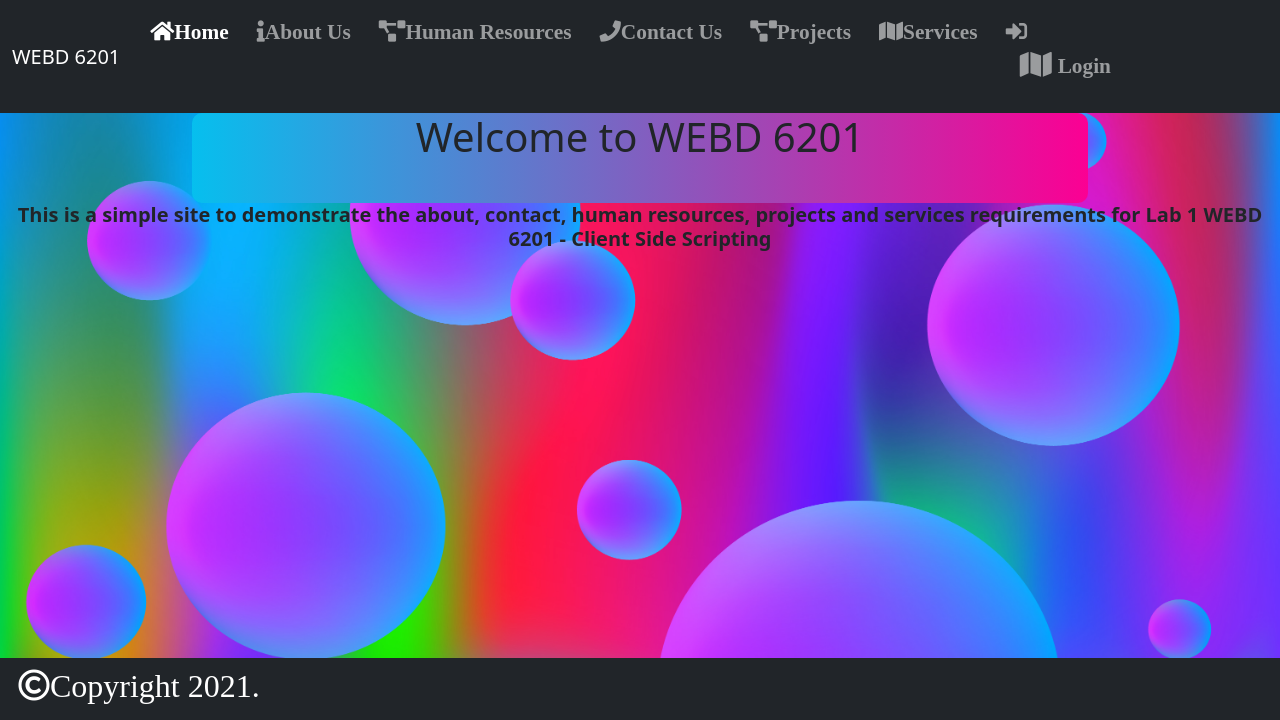
Repository: vans12345678/WEBD6201-W2021-Lab2
Page: index.html
An editor plug-in stored every save of this project. The page is shown before and after the next save, followed by the edit.
The browser window is 1280 px wide. The pictures show the whole page.

Above is the page before, as saved 2021-02-25 19:20:19.

### index.html
<!--Index.html
Name: Andre Agrippa, Michai Pryce
Date: 02/05/2021
-->
<!DOCTYPE html>
<html lang="en">
<head>
    <meta charset="UTF-8">
    <meta name="viewport" content="width=device-width, initial-scale=1.0">
    <title>Index</title>

    <!-- CSS Section -->
    <link rel="stylesheet" href="./node_modules/bootstrap/dist/css/bootstrap.min.css">
    <link rel="stylesheet" href="./node_modules/@fortawesome/fontawesome-free/css/all.min.css">
    <link rel="stylesheet" href="./Content/app.css">
</head>
<body class ="Vapor">
  <!-- Main Header -->
    <header>
      <!-- Main Navigation -->
        <nav class="navbar navbar-expand-lg navbar-dark bg-dark">
            <div class="container-fluid">
              <a id ="navHome" class="navbar-brand" href="index.html"></a>
              <button class="navbar-toggler" type="button" data-bs-toggle="collapse" data-bs-target="#navbarSupportedContent" aria-controls="navbarSupportedContent" aria-expanded="false" aria-label="Toggle navigation">
                <span class="navbar-toggler-icon"></span>
              </button>
              <div class="collapse navbar-collapse" id="navbarSupportedContent">
                <ul id = "ulNav" class="navbar-nav me-auto mb-2 mb-lg-0">
                  <li class="nav-item">
                    <a  class="nav-link active" aria-current="page" href="index.html"><i id ="navIndex"class = "fas fa-home fa-lg"></i></a>
                  </li>
                  <li class="nav-item" id ="navAbout">
                    <a  class="nav-link " aria-current="page" href="about.html"><i id ="navAboutItem"class = "fas fa-info fa-lg"></i></a>
                  </li>
                  <li class="nav-item">
                    <a  class="nav-link " aria-current="page" href="contact.html"><i id ="navContact"class = "fas fa-phone fa-lg"></i></a>
                  </li>
                  <li class="nav-item">
                    <a  class="nav-link" aria-current="page" href="projects.html"><i id ="navProjects" class ="fas fa-project-diagram fa-lg">Products</i></a>
                  </li>
                  <li class="nav-item">
                    <a  class="nav-link " aria-current="page" href="services.html"><i id ="navServices"class = "fas fa-map fa-lg"></i></a>
                  </li>
                  <li class="nav-item">
                    <a  class="nav-link " aria-current="page" href="login.html"><i id ="navLogin" class="fas fa-sign-in-alt fa-lg"></i></a>
                  </li>
                </ul>
              </div>
            </div>
          </nav>
    </header>
  <!-- Main Contents -->
    <main>
        <h1 id = "indexTitle" class = "container text-center"></h1>
        <h2 id="indexParagraph" class="fs-5 fw-bold text-center"></h2>
    </main>
    <!-- Main Footer -->
    <footer>
        <nav class="navbar fixed-bottom navbar-dark bg-dark">
            <div class="container-fluid">
                <h4><i id = "footer" class="far fa-copyright fa-lg site-footer"></i></h4>
            </div>
          </nav>
    </footer>
    <!-- Script Section -->
    <script src="./node_modules/jquery/dist/jquery.min.js"></script>
    <script src="./node_modules/bootstrap/dist/js/bootstrap.bundle.min.js"></script>
    <script src="./Scripts/namespace.js"></script>
    <script src="./Scripts/user.js"></script>
    <script src="./Scripts/app.js"></script>
</body>
</html>

### Content/app.css
/* custom css goes here */
.Vapor {
    background-image: url('../images/vapor.jpg');
    background-repeat: no-repeat;
    background-attachment: fixed;
    background-size: 100% 100%;
  }
  a {
    color: greenyellow;
  }
  .textFont
  {
    font-family: Arial, Helvetica, sans-serif;
    line-height: 32px;
  }
  body
  {
    background-color: rgb(90, 90, 90);
  }
  h1.container{
    border-radius: 10px;
    width: 70%;
    height: 90px;
    margin: 0px auto;
    background: linear-gradient(90deg,#06bfee,#fb0093)
  }
  h1.projects{
    background-color: white;
  }
  .contact-table{
    width: 100%;
    margin:  50px auto;
    background-color: white;
  }
  .contact-form
  {
    width: 100%;
    margin:  100px auto;
  }
  .warnMessage
  {
    width: 90%;
    margin:  50px;
  }
  .site-footer {
    color:white;
  }
  .formMargin
  {
    margin: 35px 70px;
  }
  .inputMargin
  {
    margin: 5px 10px;
  }
  .fromBackground
  {
    background-color: rgba(20, 174, 235, 0.822);
    border: 5px solid rgb(0, 238, 255);

  }
  i{
    margin:7px 6px;
  }

### Scripts/namespace.js
//Namespace core
let core;

### Scripts/user.js
"use strict";
// User Class

((core)=>
{
  class User {
    // getters and setters
    get DisplayName()
    {
      return this.m_displayName;
    }

    set DisplayName(value)
    {
      this.m_displayName = value;
    }

    get EmailAddress()
    {
      return this.m_emailAddress;
    }

    set EmailAddress(value)
    {
      this.m_emailAddress = value;
    }

    get Username()
    {
      return this.m_username;
    }

    set Username(value)
    {
      this.m_username = value;
    }
    get Password()
    {
      return this.m_password;
    }

    set Password(value)
    {
      this.m_password = value;
    }

    // constructor
    /**
     * Creates an instance of user
     * @param {string} displayName
     * @param {string} emailAddress
     * @param {string} username
     * @param {string} password
     */
    constructor(displayName = "", emailAddress = "", username = "", password = "")
    {
      this.DisplayName = displayName;
      this.EmailAddress = emailAddress;
      this.Username = username;
      this.Password = password;

    }

    // methods

    /**
     * This method overrides the built-in toString method for the User class
     *
     * @returns {string}
     */
    toString()
    {
      return `Display Name     : ${this.DisplayName}\nEmail Address : ${this.EmailAddress}\nUser Name : ${this.Username}`;
    }

    /**
     * This method returns a JSON object made up of the properties of the User class
     *
     * @returns {Object}
     */
    toJSON()
    {
      return {
        "DisplayName": this.DisplayName,
        "EmailAddress": this.EmailAddress,
        "Username":this.Username
      }
    }

    /**
     * This method takes a JSON data object and assigns the value to the User class properties
     *
     * @param {Object} data
     */
    fromJSON(data)
    {
      this.DisplayName = data.DisplayName;
      this.EmailAddress = data.EmailAddress;
      this.Username = data.Username;
      this.Password = data.Password;
    }

    /**
     * This method converts the User into a comma-separated value string
     *
     * @returns {string}
     */
    serialize()
    {
      if(this.DisplayName !== "" && this.EmailAddress !== "" && this.Username !== "")
      {
        return `${this.DisplayName},${this.EmailAddress},${this.Username}`;
      }
      else
      {
        console.error("One or more properties of the User is empty");
        return null;
      }
    }

    /**
     * This method takes a comma-separated data string and assigns the values to the User class properties
     *
     * @param {string} data
     * @return {void}
     */
    deserialize(data)
    {
      let propertyArray = data.split(",");
      this.DisplayName = propertyArray[0];
      this.EmailAddress = propertyArray[1];
      this.Username = propertyArray[2];
    }
  }

  core.User = User;

})(core || (core={}));

### Scripts/app.js
/************************************************************
 * Name: Andre Agrippa, Michai Pryce
 * Date: 01/20/2021
 * Description: This file adds functionality to the Home,
 * About Us, Human Resources, Contact Us, Projects and Services
 * pages.
 * Date Completed:
 */

"use strict";


(function(){

    /**
     * Display Nav bar function to display nav and footer
     */
    function DisplayNav()
    {
        let navTextElement = document.getElementById("navHome").textContent = "WEBD 6201";
        navTextElement = document.getElementById("navIndex").textContent = "Home";
        navTextElement = document.getElementById("navAboutItem").textContent = "About Us";

        let navAboutElement = document.getElementById("navAbout");
        let hrListItem = document.createElement("li");
        hrListItem.setAttribute("id", "liHumanResources");
        hrListItem.setAttribute("class", "nav-item");
        let navbar = document.getElementById("ulNav").appendChild(hrListItem);
        hrListItem.innerHTML = `<a class="nav-link" aria-current="page" href="human-resources.html">
        <i id ="navHumanResources" class ="fas fa-project-diagram fa-lg">Human Resources</i></a>`;
        if(document.title === "Human Resources"){
            hrListItem.innerHTML = `<a class="nav-link active" aria-current="page" href="human-resources.html">
            <i id ="navHumanResources" class ="fas fa-project-diagram fa-lg">Human Resources</i></a>`;
        }

        navAboutElement.after(hrListItem);

        navTextElement = document.getElementById("navContact").textContent = "Contact Us";
        navTextElement = document.getElementById("navProjects").textContent = "Projects";
        navTextElement = document.getElementById("navServices").textContent = "Services";
        navTextElement = document.getElementById("navLogin").innerHTML = `<a  class="nav-link " aria-current="page" href="login.html"><i class = "fas fa-map fa-lg"></i>Login</a>`;
        navTextElement = document.getElementById("footer").textContent = "Copyright 2021.";
    }

    /**
     * Display home to display index page
     */
    function displayHome()
    {
        DisplayNav();
        let introText = "This is a simple site to demonstrate the about, contact, human resources, projects and services requirements for Lab 1 WEBD 6201 - Client Side Scripting";
        let titleText = "Welcome to WEBD 6201";

        let introTextElement = document.getElementById("indexTitle").textContent = titleText;
        introTextElement = document.getElementById("indexParagraph").textContent = introText;

    }
    /**
     * Display about to display about the creators
     */
    function displayAbout()
    {
        DisplayNav();

        //About Andre
        let aboutElement = document.getElementById("aboutTitle").textContent = "About Us";
        aboutElement = document.getElementById("aboutAText");
        aboutElement.innerHTML = `<h1>Andre Agrippa:</h1>
        <p class = "">I'm a 2nd year student at Durham College in the Computer Programming and Analysis program. I've been
        coding for several years now because I enjoy it and always looking to improve in this aspect.</p>
        <a class = "fa-lg" href="./resumes/andre_resume.pdf" download>Resume Download</a></br></br>
        <img src="./images/aa.jpg" alt="" style="width:500px;height:450px;">`;

        //About Michai
        aboutElement.innerHTML += `<h1>Michai Pryce:</h1>
        <p class = ""> Hello, I am in my final year in the Computer Programming Program at Durham College. I love
        to code and learn about the evergrowing advancements in technology. This is the demonstration for our first lab!
        </p>
        <a class = "fa-lg" href="./resumes/Copy_of_Resume.docx" download>Resume Download</a></br></br>
        <img src="./images/m.jpg" alt="" style="width:500px;height:450px;">`;

    }
    /**
     * Display top 3 projects page
     */
    function displayProjects()
    {
        DisplayNav();

        //Projects 1
        let projectsElement = document.getElementById("projectsTitle").textContent = "Projects";
        projectsElement = document.getElementById("projectsText").innerHTML =
        `<h3>Project One: COBOL Item List</h3>
        <p>This project reads records from a .dat file, performs calculations on the data then outputs it to a .out file neatly formatted.</p>
        <img src="./images/p1.png" alt="" style="width:800px;height:500px;">`;

        //Projects 2
        projectsElement = document.getElementById("projectsText").innerHTML +=
        `<h3>Project Two: C#, XAML, MDF  Preferred Shares and Common Shares</h3>
        <p>This project uses XAML for the windows form and a database to keep track of common and preferred shares.
        The database keeps track of how many shares(common/preferred) are  available and validation is applied.</p>
        <img src="./images/p2.png" alt="" style="width:800px;height:500px;">`;

        //Projects 3
        projectsElement = document.getElementById("projectsText").innerHTML +=
        `<h3>Project Three: ASP.NET and MVC Framework Animal Shelter</h3>
        <p>This project is a web application that keeps track of animals, owners, appointment and login info in a database.
        Relational database concepts are applied.</p>
        <img src="./images/p3.png" alt="" style="width:800px;height:500px;">`;

    }
    /**
     * Display top 3 services page
     */
    function displayServices()
    {
        DisplayNav();

        //Services 1
        let servicesElement = document.getElementById("servicesTitle").textContent = "Services";
        servicesElement = document.getElementById("servicesText").innerHTML =
        `<h3>Web Development:</h3>
        <p>We offer a variety of different web development (Front-end, Back-end, Databases). Languages (PHP, ASP.NET, JavaScript)</p>
        <img src="./images/s1.jpg" alt="" style="width:800px;height:500px;">`;

        //Services 2
        servicesElement = document.getElementById("servicesText").innerHTML +=
        `<h3>OOP Programming</h3>
        <p>We offer a variety of different Object Oriented Programming. We're experienced with C#, C++, Java etc.
        Whether it be windows forms applications, console applications GUI, etc.</p>
        <img src="./images/s2.png" alt="" style="width:800px;height:500px;">`;

        //Services 3
        servicesElement = document.getElementById("servicesText").innerHTML +=
        `<h3>Database Management System</h3>
        <p>It's been almost 3 years since we've had experience in database development. We've used software such as
        Microsoft SQL Server and PgAdmin4. Experienced with relational database concepts.</p>
        <img src="./images/s3.jpg" alt="" style="width:800px;height:500px;">`;


    }
    /**
     * Display contact form page
     */
    function displayContact()
    {
        DisplayNav();

        let messageArea = document.getElementById("messageArea");
        messageArea.hidden = true;

        //form validation
        let fullName = document.getElementById("fullName");
        fullName.addEventListener("blur", function()
        {
            if(fullName.value.length < 2)
            {
                fullName.focus();
                fullName.select();
                messageArea.hidden = false;
                messageArea.className = "alert alert-danger  ";
                messageArea.textContent = "Please enter an appropriate name > 2 characters";
            }
            else
            {
                messageArea.removeAttribute("class");
                messageArea.hidden = true;
            }
        });
            let sendButton = document.getElementById("sendButton");
            sendButton.addEventListener("click", function(event)
            {
                event.preventDefault();
                // //Displays twice?

                let contact = new Contact(fullName.value,contactNumber.value, emailAddress.value, shortMessage.value);

                console.log(contact.serialize());
                if(contact.serialize())
                {
                    localStorage.setItem((localStorage.length + 1).toString(),contact.serialize());

                    window.location.href = "index.html";
                }

            });

    }
    /**
     * Human resources page
     */
    function displayHumanResources()
    {
        DisplayNav();
    }
    function displayLogin()
    {
        DisplayNav();
        let messageArea = document.getElementById("messageArea");
        $("#loginButton").on("click", function ()
        {
            let username = $("#username");
            let password = $("#password");
            let success = false;
            let newUser = new core.User();

            //user ajax to access the json file
            $.get("./Data/users.json", function(data)
            {
                //Check each user in the users.json file (linear search)
                for (const user of data.users) {
                    if(username.val()== user.Username && password.val() == user.Password)
                    {
                        newUser.fromJSON(user);
                        success = true;
                        break;
                    }
                }

                //If username and password matches - success, then login
                if(success)
                {
                    //Add user to session storage
                    sessionStorage.setItem("user", newUser.serialize());

                    //hide any error messages
                    messageArea.hidden = true;

                    //redirect user to secure area (contact list?)
                    location.href = "index.html";
                }
                else
                {
                    //display error message
                    username.trigger("focus").trigger("select");
                    messageArea.hidden = false;
                    messageArea.className = "alert alert-danger text-center";
                    messageArea.textContent = "Error: Invalid login information";
                    //messageArea.show().addClass("alert alert-danger").text("Error: Invalid login information");
                }
            });
        });
    }
    function displayRegister()
    {
        DisplayNav();
    }

    function toggleLogin()
    {
        //if the user is logged in
        if(sessionStorage.getItem("user"))
        {
            //change login to logout
            $("#navLogin").html(
                `<a id="navLogout" class="nav-link" aria-current="page" href="#"><i class="fas fa-sign-out-alt"></i> Logout</a>`
            );

            //Add functionality to logout button
            $("#navLogout").on("click", function()
            {
                //terminate session
                sessionStorage.clear();

                //redirect back to login page
                location.href = "login.html";
            });

        }
    }

    /**
     * Start function, depending on document title will load specific page
     */
    function Start()
    {
        console.log("App Started...");

        //Based of title of html
        switch(document.title)
        {
            case "Index":
                displayHome();
                break;
            case "About Us":
                displayAbout();
                break;
            case "Projects":
                displayProjects();
                break;
            case "Services":
                displayServices();
                break;
            case "Contact Us":
                displayContact();
                break;
            case "Contact-List":
                displayContactList();
                break;
            case "Human Resources":
                displayHumanResources();
                break;
            case "Login":
                displayLogin();
                break;
            case "Register":
                displayRegister();
                break;
        }

        toggleLogin();

    }

    window.addEventListener("load", Start);

    core.Start = Start;

})(core || (core={}));

Loaded but not shown: node_modules/bootstrap/dist/css/bootstrap.min.css (library); node_modules/@fortawesome/fontawesome-free/css/all.min.css (library); node_modules/jquery/dist/jquery.min.js (library); node_modules/bootstrap/dist/js/bootstrap.bundle.min.js (library)

After the next save:
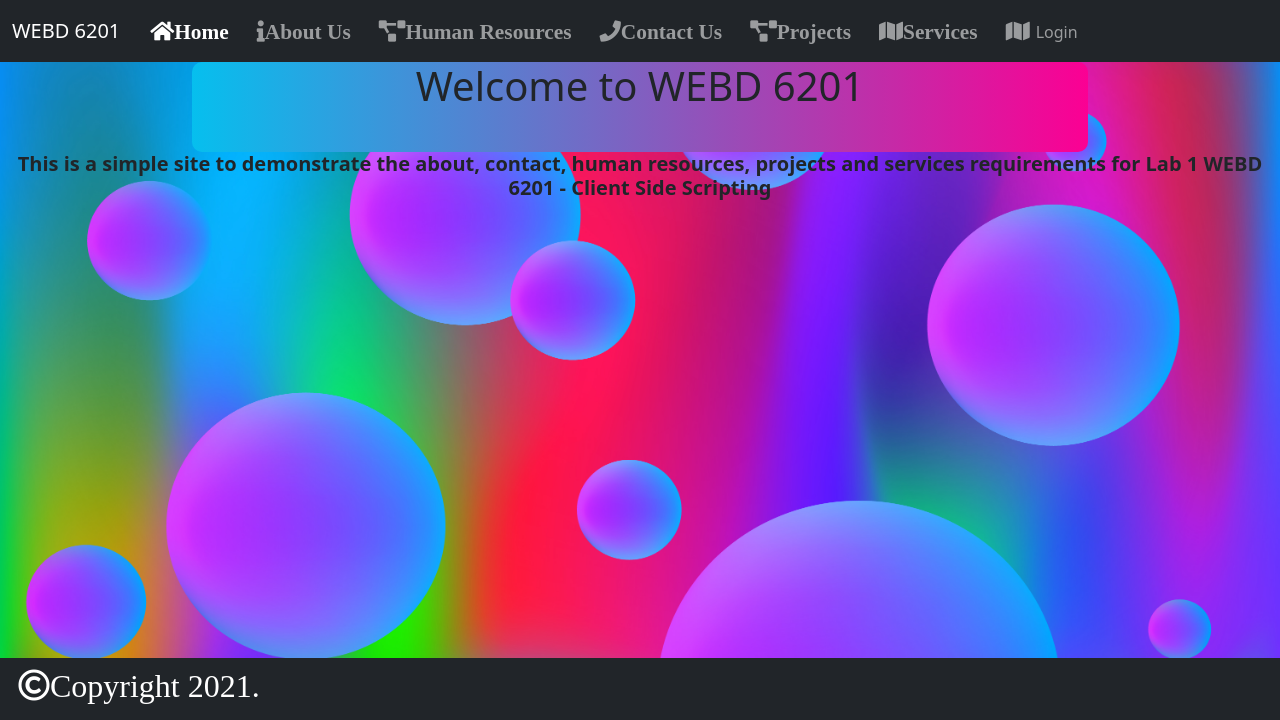
Saved 2 s later.
--- a/index.html
+++ b/index.html
@@ -41,8 +41,8 @@
                   <li class="nav-item">
                     <a  class="nav-link " aria-current="page" href="services.html"><i id ="navServices"class = "fas fa-map fa-lg"></i></a>
                   </li>
-                  <li class="nav-item">
-                    <a  class="nav-link " aria-current="page" href="login.html"><i id ="navLogin" class="fas fa-sign-in-alt fa-lg"></i></a>
+                  <li class="nav-item" id ="navLogin">
+                    <a  class="nav-link " aria-current="page" href="login.html"><i class = "fas fa-map fa-lg"></i></a>
                   </li>
                 </ul>
               </div>
